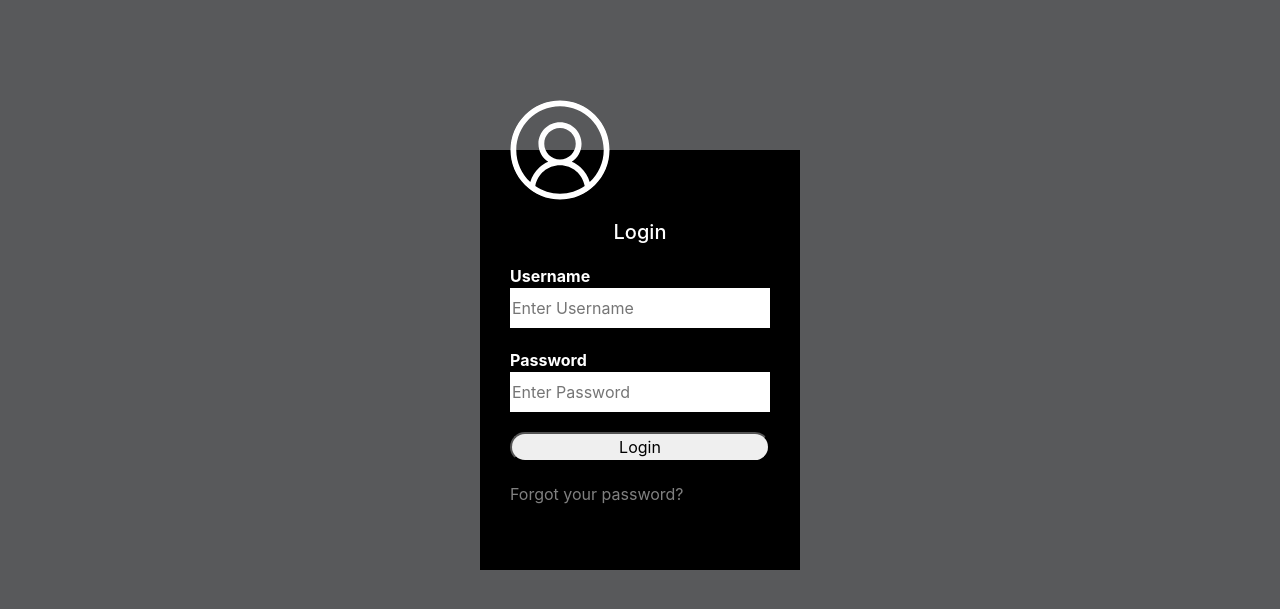
Repository: Lovekr/stylester
Page: stylster_frontend_design/login.html
The author's editor kept a copy of each file at every save. The page is drawn from the files as they stood at one save, then again after the next save.
The browser window is 1280 px wide. The pictures show the whole page.

Above is the page before, as saved 2020-03-09 12:48:23.

### stylster_frontend_design/login.html
<!DOCTYPE html>
<html lang="en">
<head>

    <meta charset="UTF-8">
    <meta name="viewport" content="width=device-width, initial-scale=1.0">
    <link rel="stylesheet" href="https://stackpath.bootstrapcdn.com/bootstrap/4.4.1/css/bootstrap.min.css" >
     <link rel="stylesheet" href="./css/owl.carousel.css">
     <link rel="stylesheet" href="./css//owl.theme.default.min.css">
     <link rel="stylesheet" href="https://cdnjs.cloudflare.com/ajax/libs/font-awesome/4.7.0/css/font-awesome.min.css">
     <link rel="stylesheet" href="./css/login.css">
    <title>STYLSTER</title>
</head>
<body>
     <div class="loginbox">
         <img src="./asset/login icon svg white-01.svg" class="loginicon">
         <h1>Login</h1>
         <form>
             <p>Username</p>
             <input type="text" name="" placeholder="Enter Username">
             <p>Password</p>
             <input type="password" name="" placeholder="Enter Password">
             <input type="submit" name="" value="Login">
             <a href="#">Forgot your password?</a>
         </form>
     </div>










</body>
</html>

### stylster_frontend_design/css/login.css
body {
    margin: 0;
    padding: 0;
    background-color: #58595b;
    background-size: cover;
    background-position: center;
}
.loginbox {
    width: 320px;
    height: 420px;
    background: #000;
    color: #fff;
    position: absolute;
    top:50%;
    left:50%;
    transform: translate(-50%, -50%);
    box-sizing: border-box;
    padding: 70px 30px;
}

.loginicon {
    width: 100px;
    height: 100px;
    border-radius: 50%;
    position: absolute;
    top: -50px;
    left: calc(-50%, 50px);
}
h1 {
    margin:0;
    padding: 0 0 20px;
    text-align: center;
    font-size: 20px;
}
.loginbox p{
    margin: 0;
    padding: 0;
    font-weight: bold;
}
.loginbox input{
    width: 100%;
    margin-bottom: 20px;
}
.loginbox input[type="text"], input[type="password"]
{
    border: none;
    border-bottom: 1px solid #fff;
    background-color: white ;
    outline: none;
    height: 40px;
color: red;
}
.loginbox input[type="submit"]
{
    border-radius: 20px;
}
.loginbox input[type="submit"]:hover
{
    cursor: pointer;
    background:black;
    color: white;
}
.loginbox a{
    text-decoration: none;
    line-height: 20px;
    color: grey;
}

Loaded but not shown: stylster_frontend_design/css/owl.carousel.css (library); stylster_frontend_design/css/owl.theme.default.min.css (common file)

After the next save:
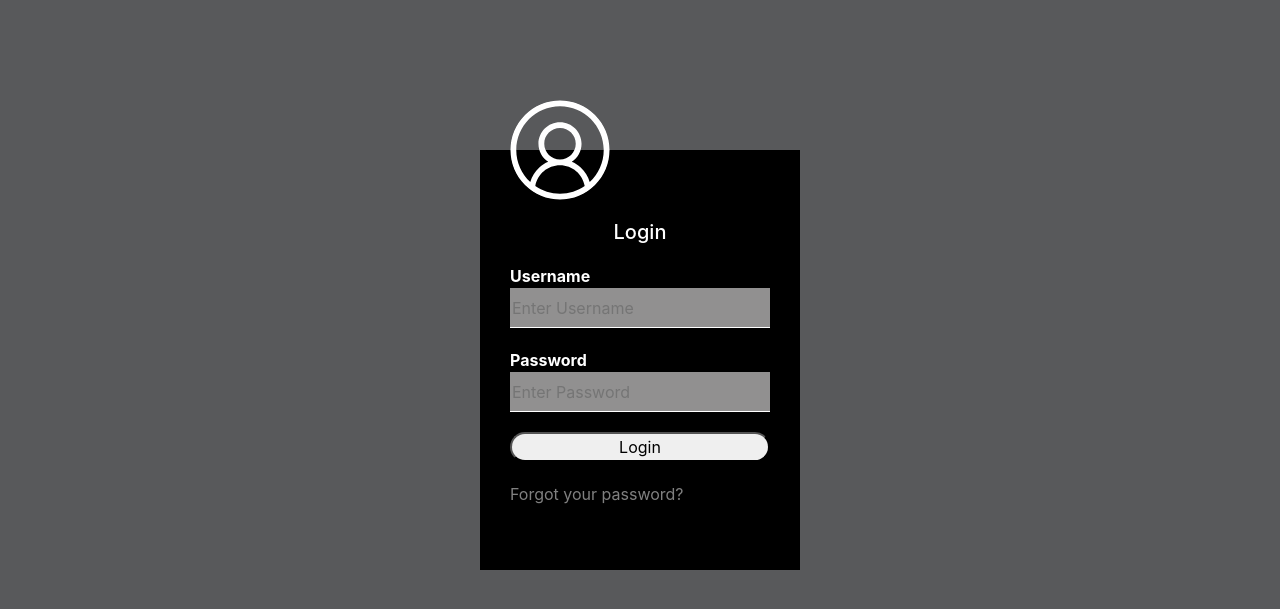
Saved 38 s later.
--- a/stylster_frontend_design/css/login.css
+++ b/stylster_frontend_design/css/login.css
@@ -45,10 +45,10 @@
 {
     border: none;
     border-bottom: 1px solid #fff;
-    background-color: white ;
+    background-color: rgb(145, 144, 144) ;
     outline: none;
     height: 40px;
-color: red;
+    color: rgb(214, 54, 54);
 }
 .loginbox input[type="submit"]
 {

After the save that followed:
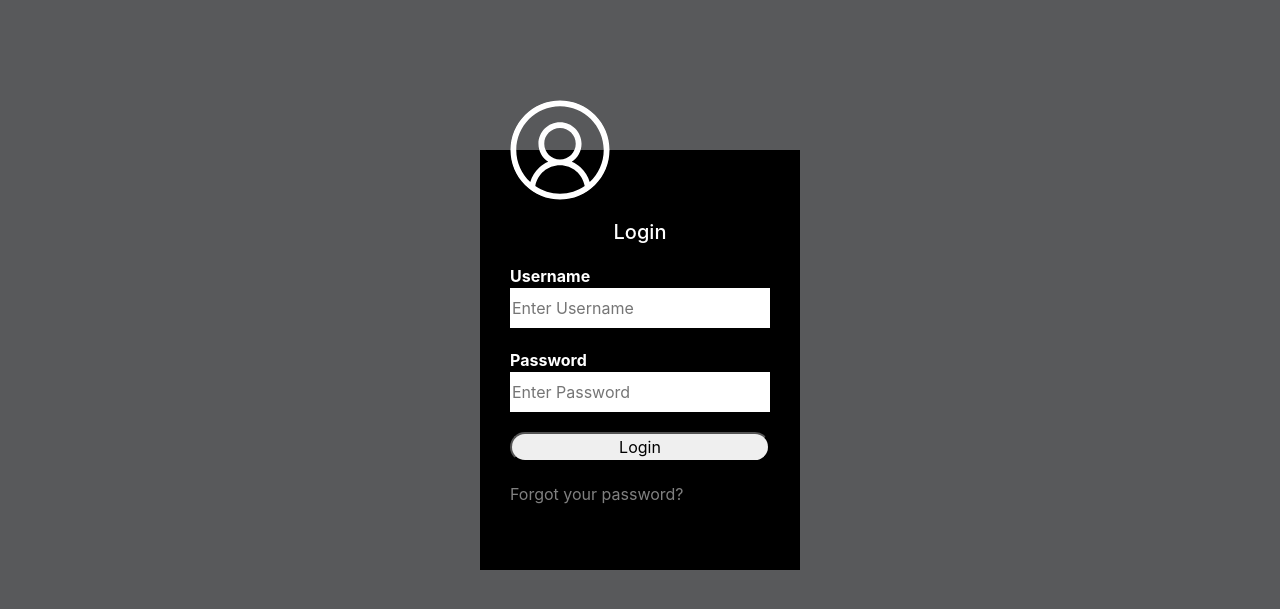
Saved 16 s later.
--- a/stylster_frontend_design/css/login.css
+++ b/stylster_frontend_design/css/login.css
@@ -45,10 +45,10 @@
 {
     border: none;
     border-bottom: 1px solid #fff;
-    background-color: rgb(145, 144, 144) ;
+    background-color: white ;
     outline: none;
     height: 40px;
-    color: rgb(214, 54, 54);
+color: red;
 }
 .loginbox input[type="submit"]
 {
